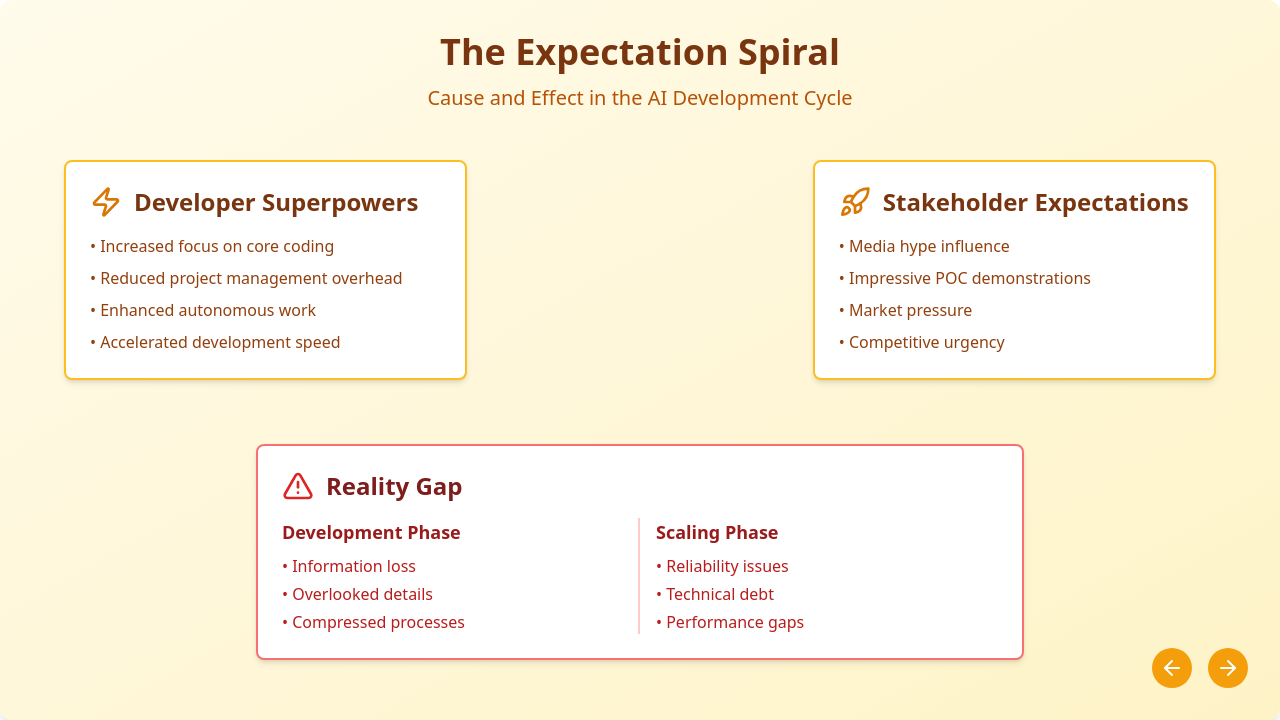
Repository: Galbaz1/dell_presentation
Page: /slide3
These files come from the project's save history. The page is drawn as it stood at one moment and after a run of saves; the edit follows.
The browser window is 1280 px wide. The pictures show the whole page.
The project was rebuilt for these pictures with package versions that can differ from the ones it lists, and the page was loaded fresh each time. The framework's server and built-in components were replaced by stand-ins that run in the browser. Also part of the build but not shown: styles/animations/slide1.css, styles/animations/slide2.css.

Above is the page before, as saved 2024-11-11 16:48:09.

After the next 2 saves:
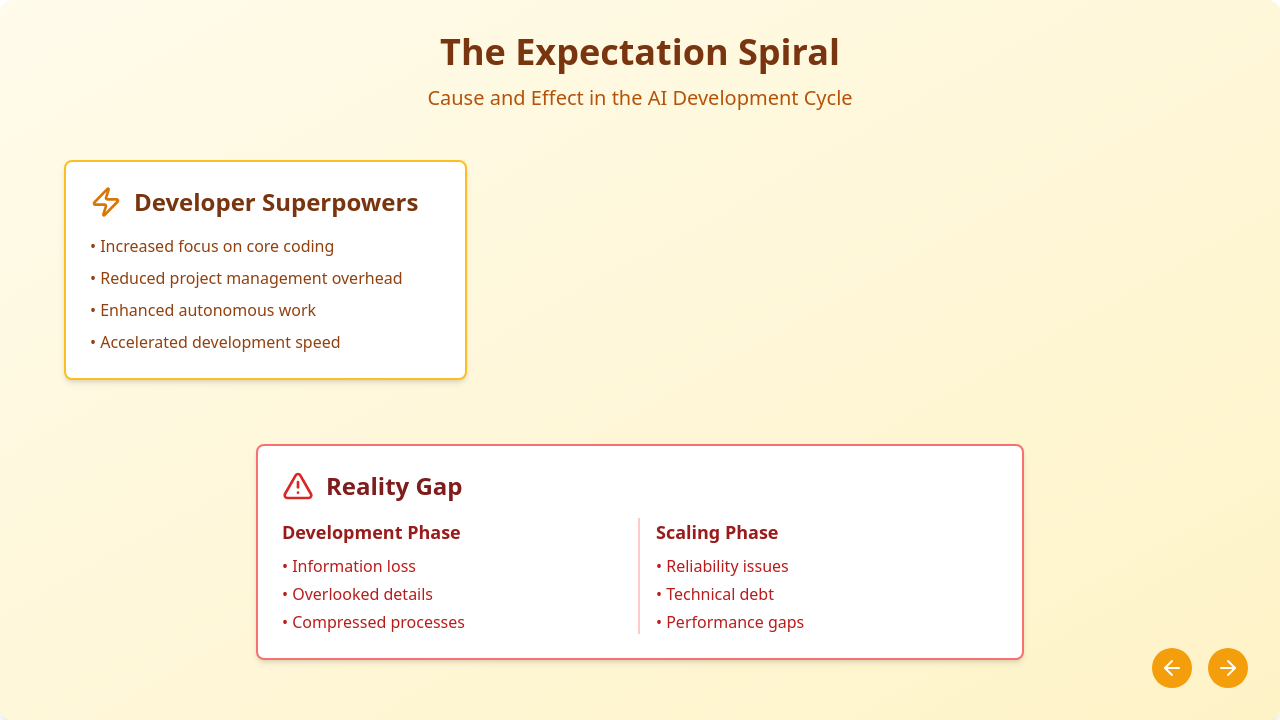
The 2 saves are shown as one change because they came seconds apart.
The last was saved 22 s later.
--- a/pages/slide3.tsx
+++ b/pages/slide3.tsx
@@ -66,7 +66,7 @@
   const rightBlockVariants = {
     hidden: { x: "100vw", opacity: 1 },
     collision: {
-      x: "-25vw",
+      x: "-30%",
       transition: {
         type: "spring",
         duration: 2,
@@ -74,19 +74,29 @@
         stiffness: 100
       }
     },
-    recoil: {
-      x: "-15vw",
-      transition: {
-        type: "spring",
-        duration: 0.5,
-        stiffness: 300,
-        damping: 15
-      }
-    },
-    visible: {
-      x: "0",
-      transition: {
-        type: "spring",
+    firstBounce: {
+      x: "-20%",
+      transition: {
+        type: "spring",
+        duration: 0.3,
+        stiffness: 400,
+        damping: 10
+      }
+    },
+    secondBounce: {
+      x: "-25%",
+      transition: {
+        type: "spring",
+        duration: 0.3,
+        stiffness: 400,
+        damping: 10
+      }
+    },
+    thirdBounce: {
+      x: "-22%",
+      transition: {
+        type: "spring",
+        duration: 0.3,
         stiffness: 100,
         damping: 15,
         delay: 0.2

After the 2 saves that followed:
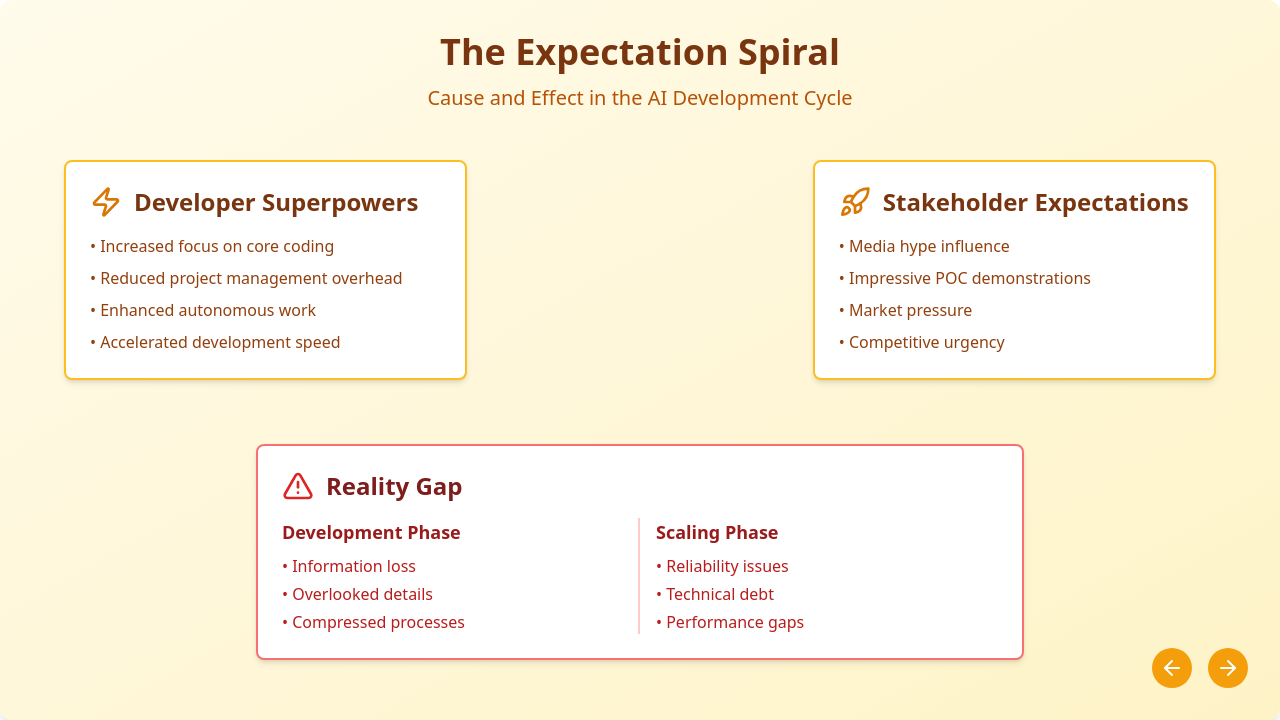
The 2 saves are shown as one change because they came seconds apart.
The last was saved 16 s later.
--- a/pages/slide3.tsx
+++ b/pages/slide3.tsx
@@ -97,6 +97,14 @@
       transition: {
         type: "spring",
         duration: 0.3,
+        stiffness: 400,
+        damping: 10
+      }
+    },
+    visible: {
+      x: "0",
+      transition: {
+        type: "spring",
         stiffness: 100,
         damping: 15,
         delay: 0.2
@@ -123,9 +131,13 @@
       setAnimationPhase('hidden');
       await new Promise(resolve => setTimeout(resolve, 500));
       setAnimationPhase('collision');
-      await new Promise(resolve => setTimeout(resolve, 1500));
-      setAnimationPhase('recoil');
-      await new Promise(resolve => setTimeout(resolve, 500));
+      await new Promise(resolve => setTimeout(resolve, 1000));
+      setAnimationPhase('firstBounce');
+      await new Promise(resolve => setTimeout(resolve, 300));
+      setAnimationPhase('secondBounce');
+      await new Promise(resolve => setTimeout(resolve, 300));
+      setAnimationPhase('thirdBounce');
+      await new Promise(resolve => setTimeout(resolve, 300));
       setAnimationPhase('visible');
     };
 
